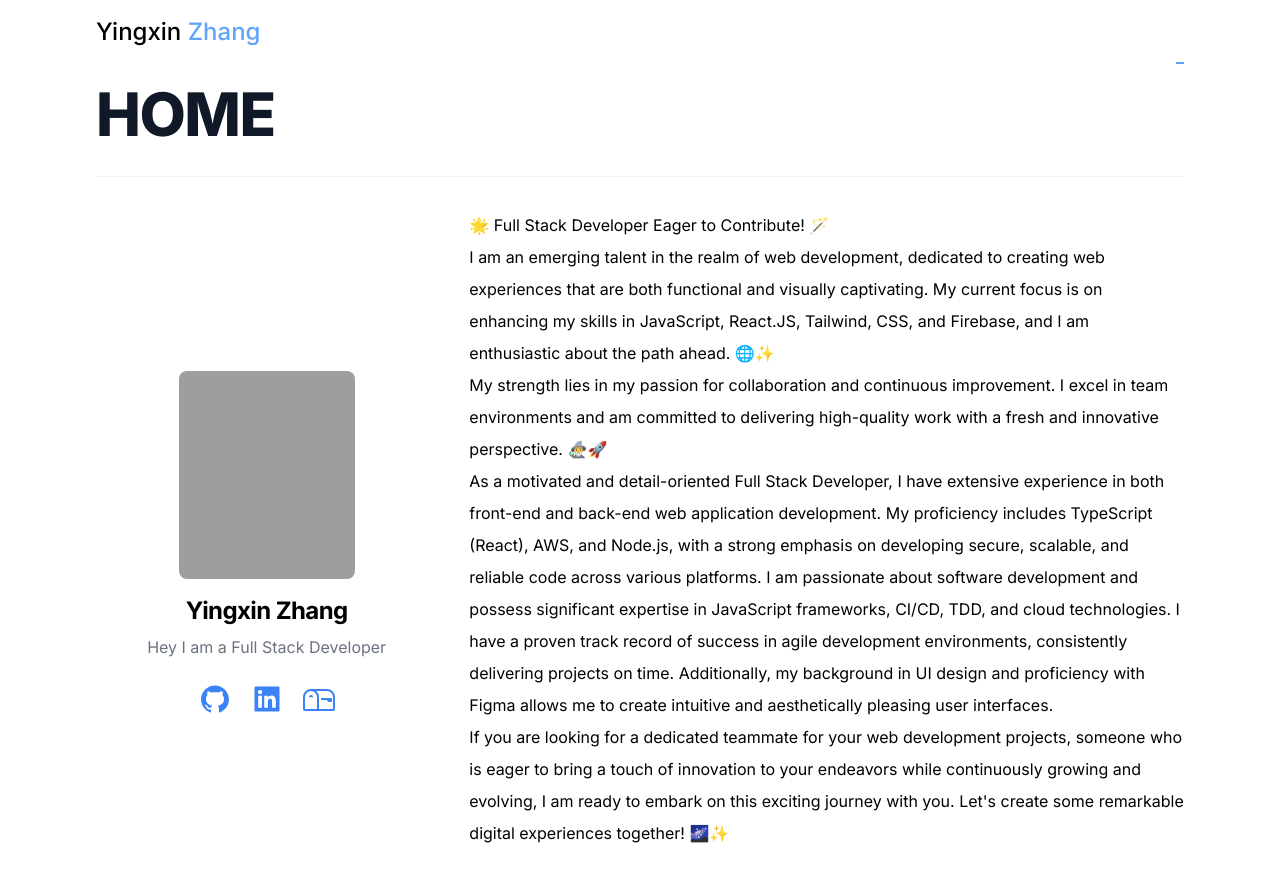
Repository: Tracy-maker/projects_collection
Page: /
These files come from the project's save history. The page is drawn as it stood at one moment and after the next save; the edit follows.
The browser window is 1280 px wide. The pictures show the whole page.
Pictures or frames that could not be fetched are drawn as grey boxes. The project was rebuilt for these pictures with package versions that can differ from the ones it lists, and the page was loaded fresh each time. The framework's server and built-in components were replaced by stand-ins that run in the browser. Also part of the build but not shown: next.config.js.

Above is the page before, as saved 2024-07-14 14:29:16.

After the next save:
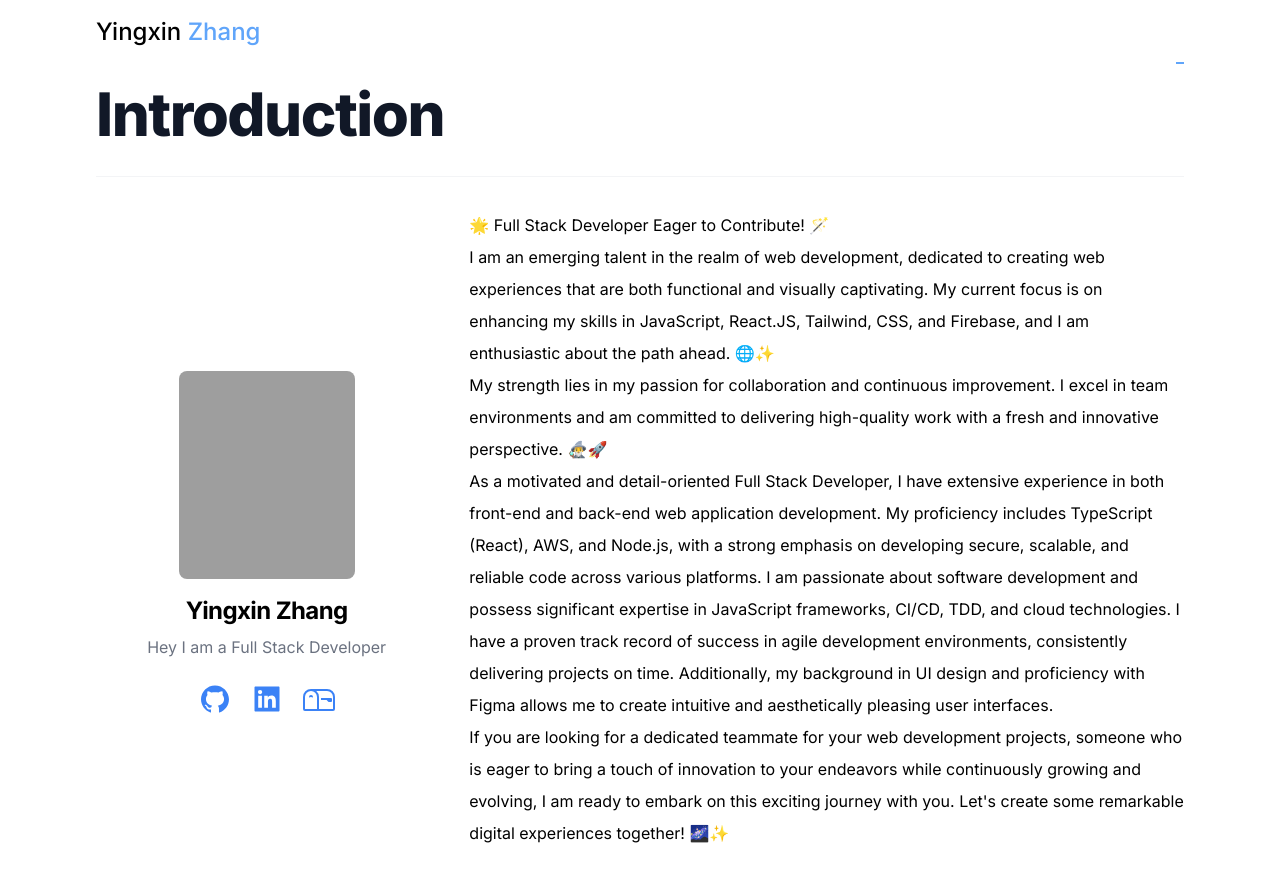
Saved 56 s later.
--- a/app/page.tsx
+++ b/app/page.tsx
@@ -6,7 +6,7 @@ export default function Home() {
     <div className="divide-y divide-gray-100 dark:divide-gray-700">
       <div className="space-y-2 pt-5 pb-8 md:space-x-5">
         <h1 className="text-3xl font-extrabold leading-9 tracking-tight text-gray-900 dark:text-gray-100 sm:text-4xl sm:leading-10 md:text-6xl md:leading-13">
-          HOME
+          Introduction
         </h1>
       </div>
       <div className="items-center space-y-2 xl:grid xl:grid-cols-3 xl:gap-x-8 xl:space-y-0">
